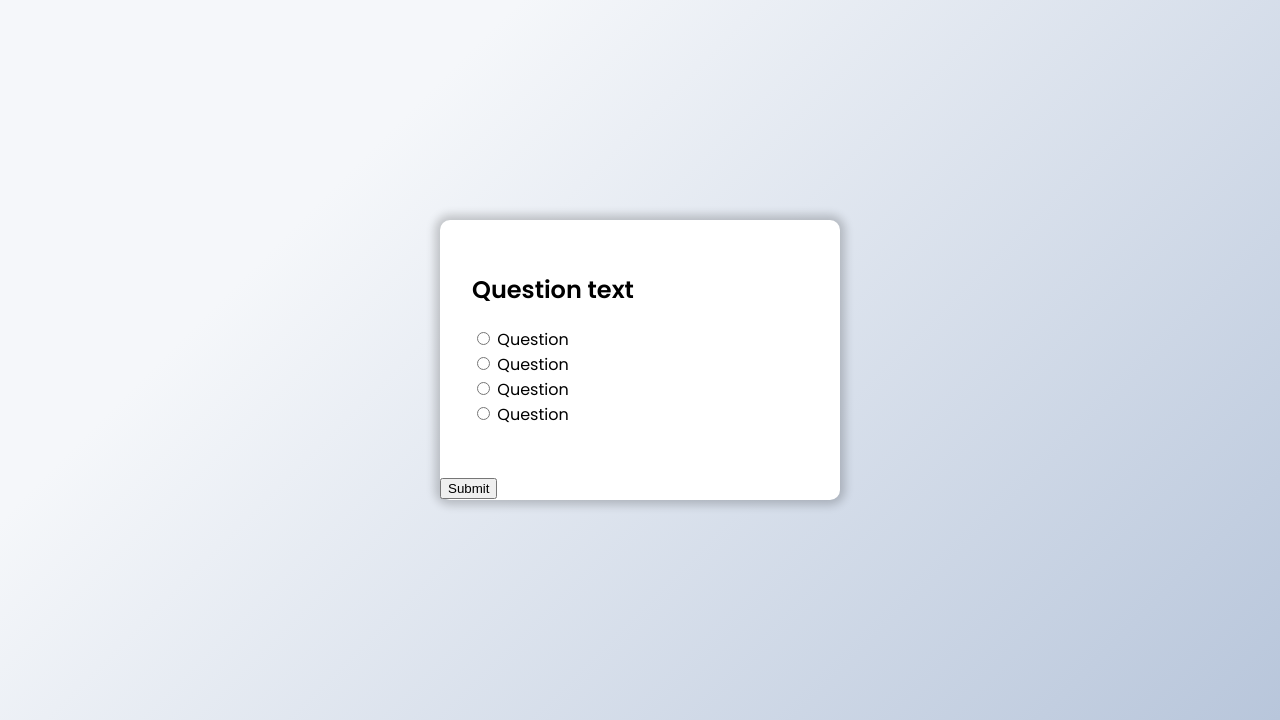
Repository: kate30980/projects-js-practice
Page: quiz-app/index.html
These files come from the project's save history. The page is drawn as it stood at one moment and after the next save; the edit follows.
The browser window is 1280 px wide. The pictures show the whole page.

Above is the page before, as saved 2021-09-05 22:01:41.

After the next save:
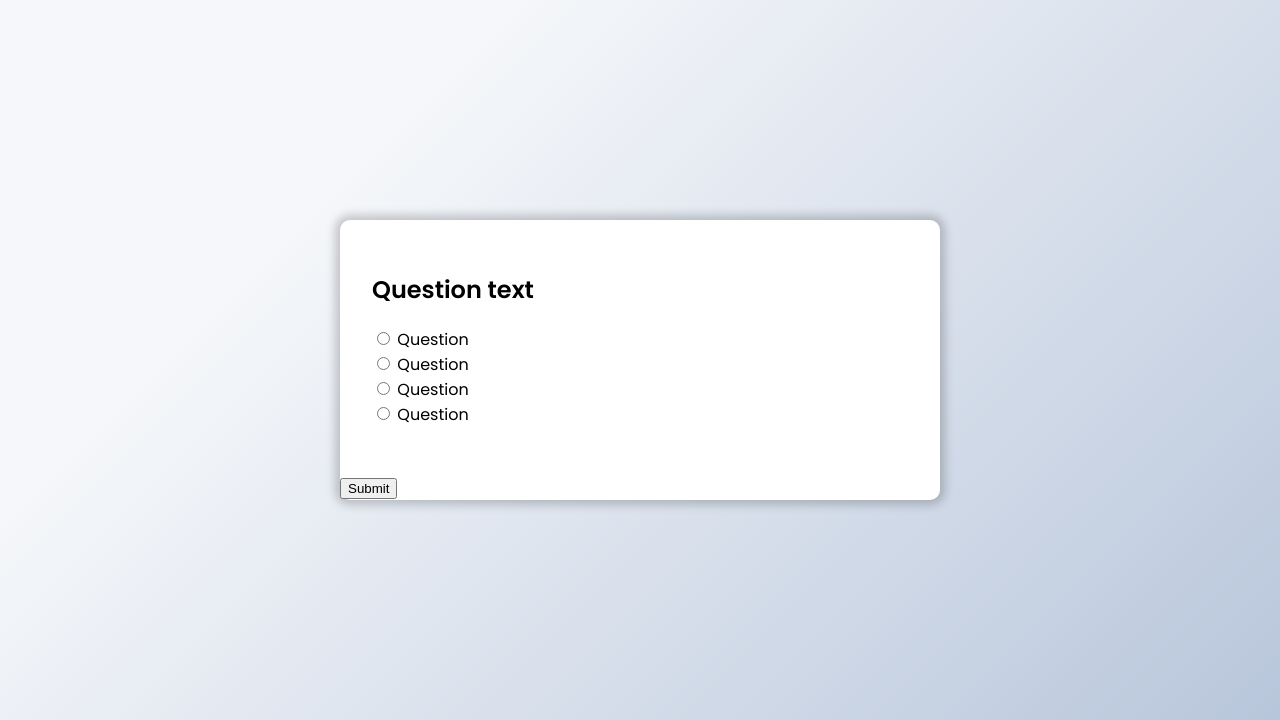
Saved 18 s later.
--- a/quiz-app/style.css
+++ b/quiz-app/style.css
@@ -22,6 +22,8 @@ body {
     width: 400px;
     border-radius: 10px;
     box-shadow: rgba(0, 0, 0, 0.2) 0px 0 10px 5px;
+    width: 600px;
+    max-width: 100%;
 }
 .quiz-header{
     padding: 2rem;
